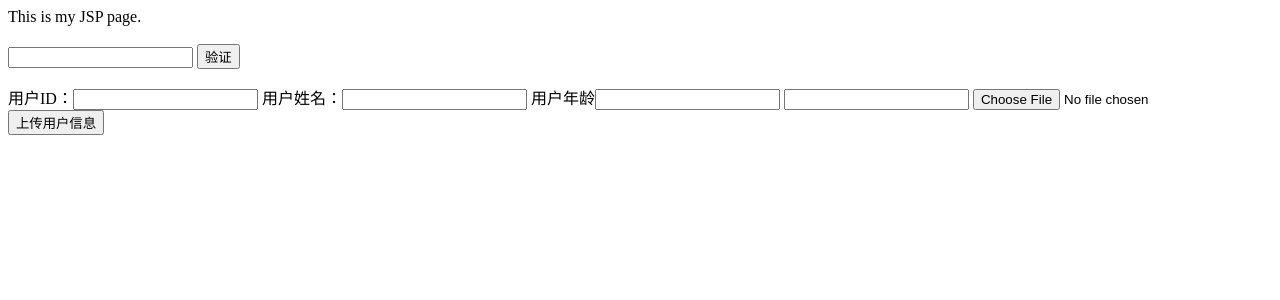
Repository: ruanhuabin/IntelliEyeShade
Page: http://localhost/IntelliEyeShade/users/users_verify.jsp
These files come from the project's save history. The page is drawn as it stood at one moment and after the next save; the edit follows.
The browser window is 1280 px wide. The pictures show the whole page.
The page is served by Tomcat 9. Nobody is signed in. The application's start-up code is not run. Other server files are loaded and not shown.

Above is the page before, as saved 2016-12-14 03:53:06.

### IntelliEyeShade/WebRoot/users/users_verify.jsp
<%@ page language="java" import="java.util.*" pageEncoding="utf-8"%>
<%
String path = request.getContextPath();
String basePath = request.getScheme()+"://"+request.getServerName()+":"+request.getServerPort()+path+"/";
%>

<!DOCTYPE HTML PUBLIC "-//W3C//DTD HTML 4.01 Transitional//EN">
<html>
  <head>
    <base href="<%=basePath%>">

    <title>My JSP 'upload.jsp' starting page</title>

	<meta http-equiv="pragma" content="no-cache">
	<meta http-equiv="cache-control" content="no-cache">
	<meta http-equiv="expires" content="0">
	<meta http-equiv="keywords" content="keyword1,keyword2,keyword3">
	<meta http-equiv="description" content="This is my page">
	<!--
	<link rel="stylesheet" type="text/css" href="styles.css">
	-->

  </head>

  <body>
    This is my JSP page. <br>
    <br>
  <form action="users/Users_verifyUser.action" method="post">
  <input type="text" name="phoneNum"/>
  <input type="submit" value="验证"/>
  </form>




  <form action="users/Users_uploadUserInfo.action" enctype="multipart/form-data" method="post">
  用户ID：<input type="text" name="UserID"/>
  用户姓名：<input type="text" name="UserName"/>
  用户年龄<input type="text" name="UserAge"/>
  <input type="text" name="UserGender"/>
  <input type="file" name="yourFile"/>
  <input type="submit" value="上传用户信息"/>
  </form>


  </body>
</html>

After the next save:
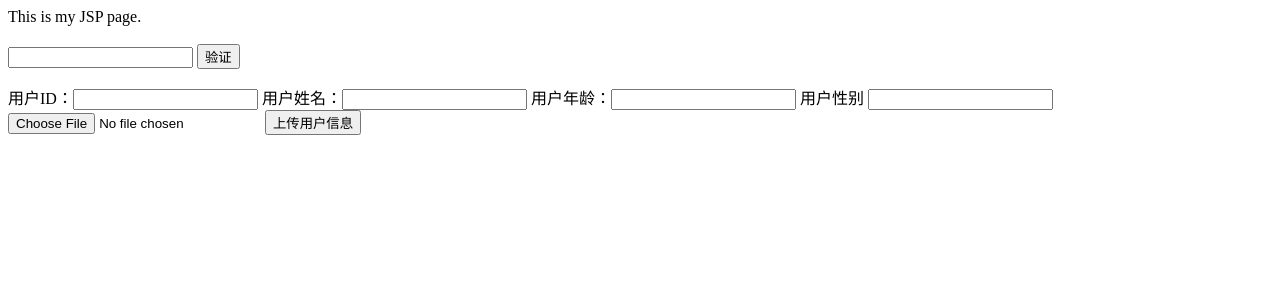
Saved 7 s later.
--- a/IntelliEyeShade/WebRoot/users/users_verify.jsp
+++ b/IntelliEyeShade/WebRoot/users/users_verify.jsp
@@ -36,8 +36,8 @@ String basePath = request.getScheme()+"://"+request.getServerName()+":"+request.
   <form action="users/Users_uploadUserInfo.action" enctype="multipart/form-data" method="post">
   用户ID：<input type="text" name="UserID"/>
   用户姓名：<input type="text" name="UserName"/>
-  用户年龄<input type="text" name="UserAge"/>
-  <input type="text" name="UserGender"/>
+  用户年龄：<input type="text" name="UserAge"/>
+ 用户性别 <input type="text" name="UserGender"/>
   <input type="file" name="yourFile"/>
   <input type="submit" value="上传用户信息"/>
   </form>
